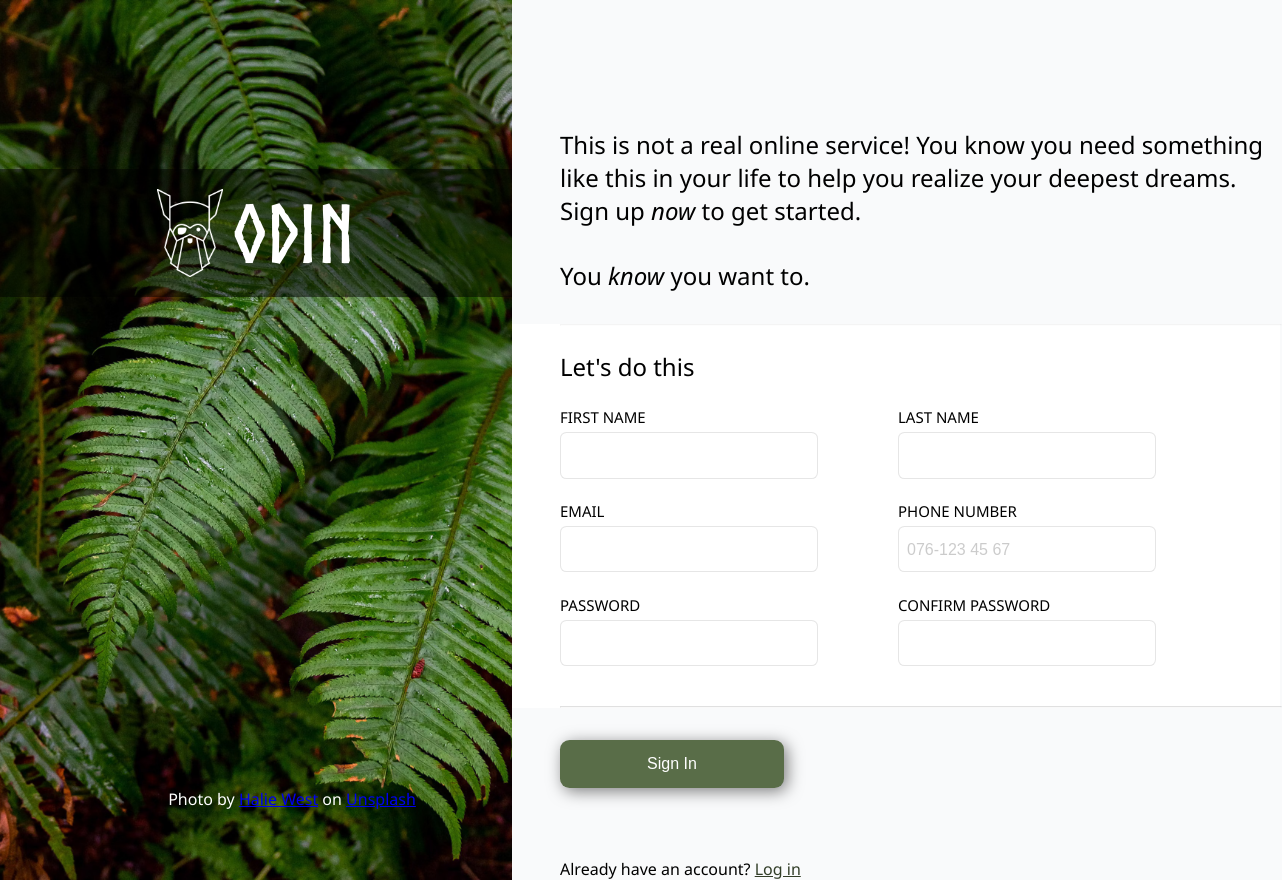
Repository: fed26sto-fundamentals/sign-up-form-odai-dh
Page: index.html
An editor plug-in stored every save of this project. The page is shown before and after a run of saves, followed by the edit.
The browser window is 1280 px wide. The page is 1282 px wide, so the pictures cover 1282 px, including what lies to the right of the window. The pictures show the whole page.

Above is the page before, as saved 2024-10-01 21:23:59.

After the next 2 saves:
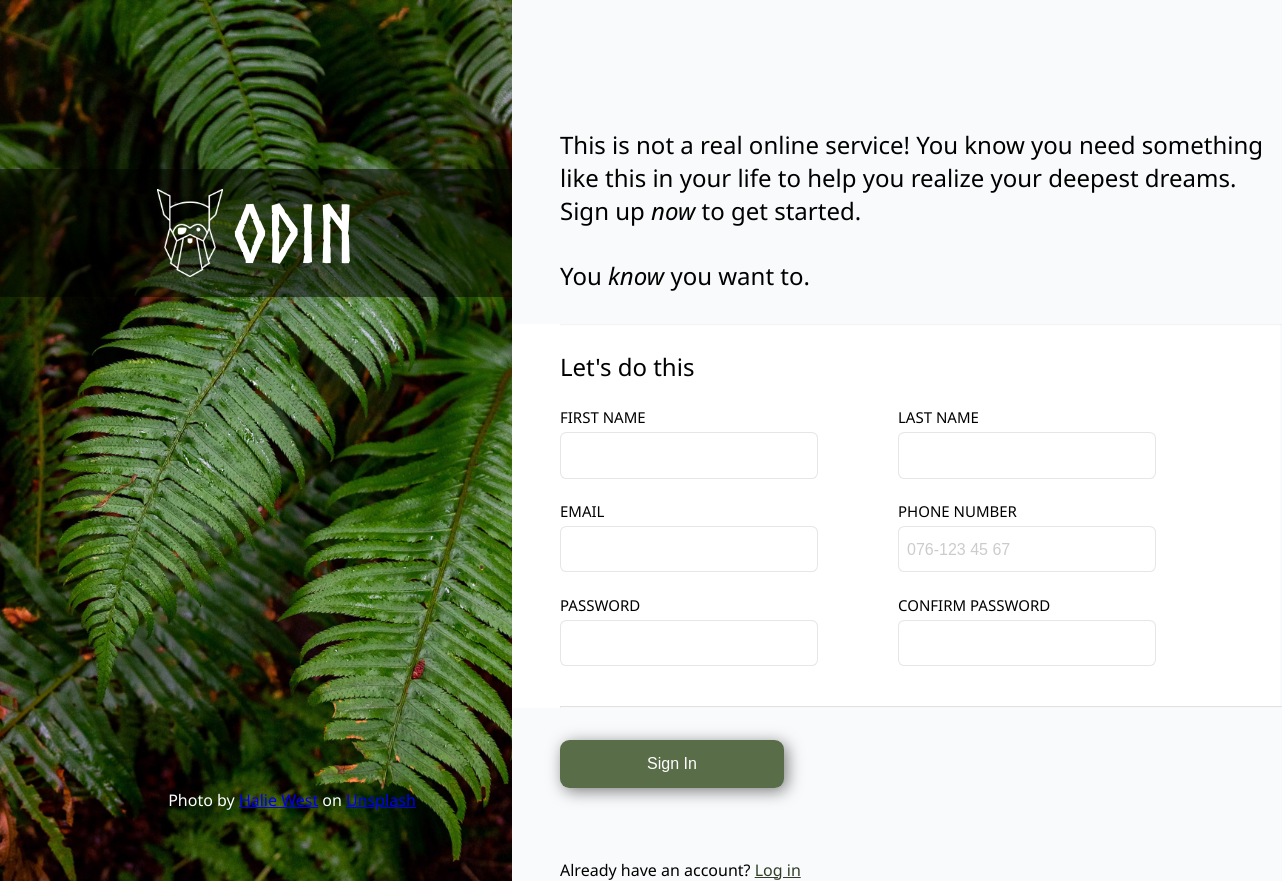
The 2 saves are shown as one change because they came seconds apart.
The last was saved 8 s later.
--- a/styles.css
+++ b/styles.css
@@ -145,7 +145,7 @@
 #line{
     width: 100%;
     opacity: 0.3;
-    margin-bottom: -0.5px;
+    margin-bottom: -0.1px;
     background-color: #313d27;
 }
 

After the 4 saves that followed:
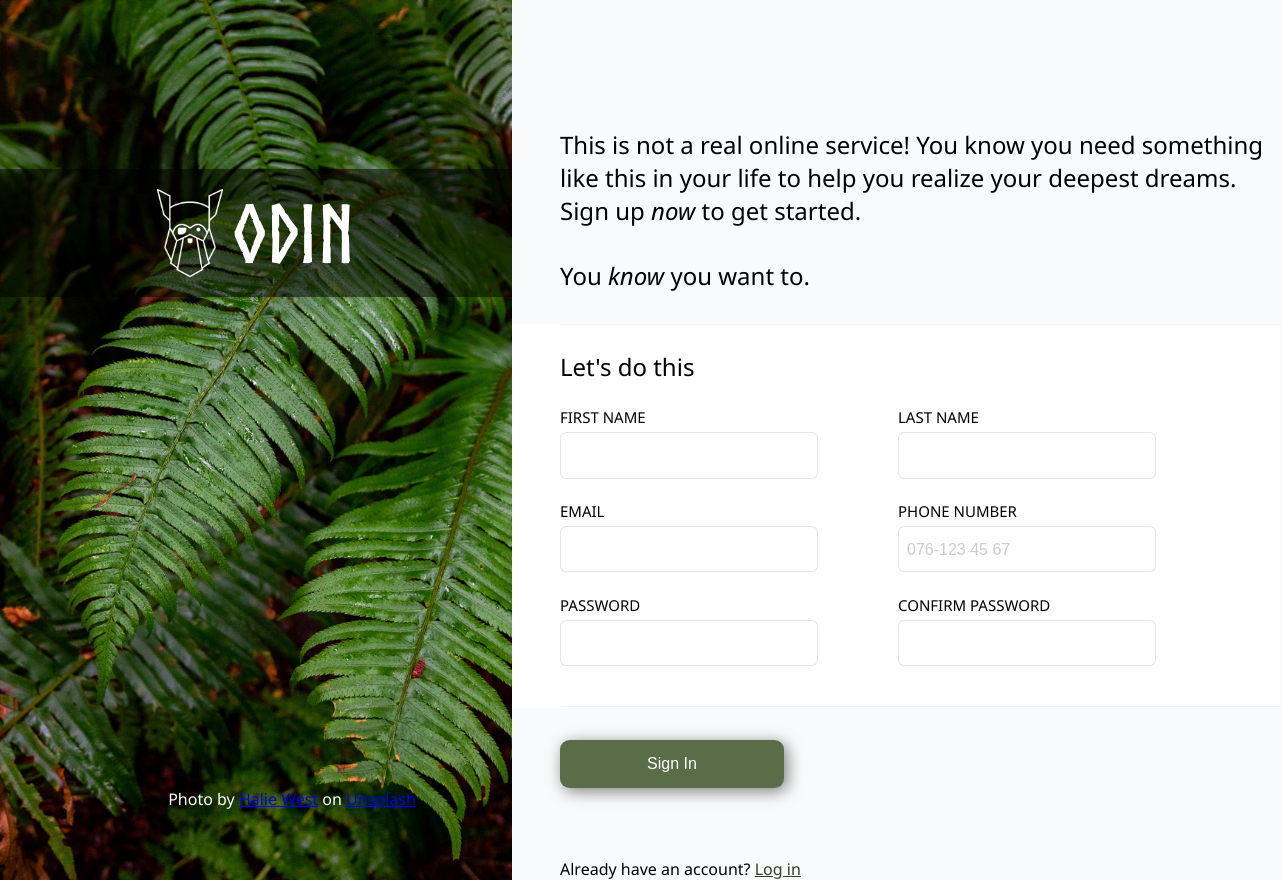
The 4 saves are shown as one change because they came seconds apart.
The last was saved 16 s later.
--- a/styles.css
+++ b/styles.css
@@ -144,8 +144,8 @@
 }
 #line{
     width: 100%;
-    opacity: 0.3;
-    margin-bottom: -0.1px;
+    opacity: 0.1;
+    margin-bottom: -0.5px;
     background-color: #313d27;
 }
 
